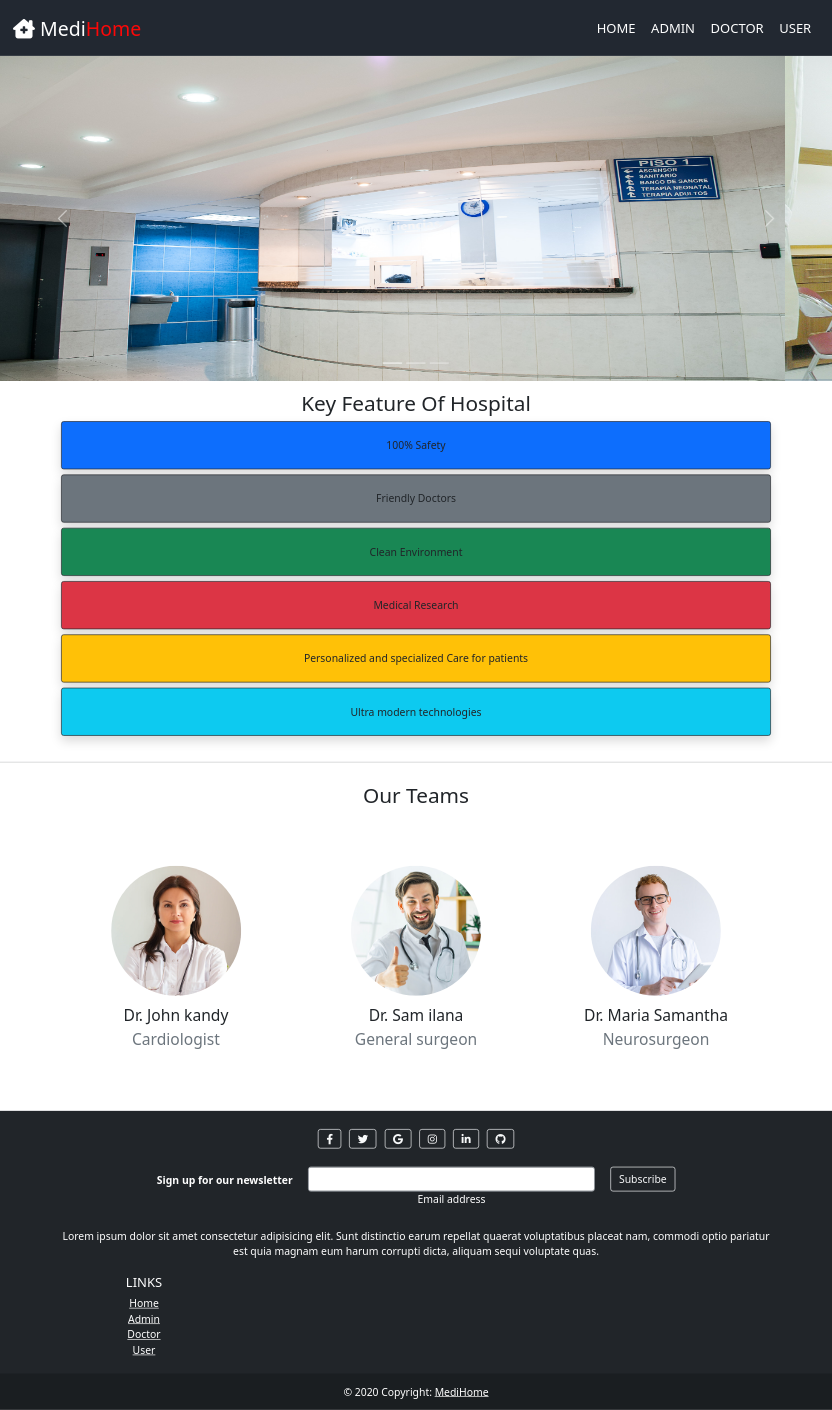
Repository: SparshGarg1/Hospital-Management-System
Page: http://localhost/Hospital/
These files come from the project's save history. The page is drawn as it stood at one moment and after the next save; the edit follows.
The browser window is 1280 px wide. The pictures show the whole page, at 65% of full size.
Pictures or frames that could not be fetched are drawn as grey boxes. Some web libraries are served in a nearby version. The page is served by Tomcat 9. Other server files are loaded and not shown.

Above is the page before, as saved 2022-08-20 05:30:12.

### Hospital/WebContent/index.jsp
<%@ page language="java" contentType="text/html; charset=ISO-8859-1"
    pageEncoding="ISO-8859-1"%>
<!DOCTYPE html PUBLIC "-//W3C//DTD HTML 4.01 Transitional//EN" "http://www.w3.org/TR/html4/loose.dtd">
<html>
<head>
<meta http-equiv="Content-Type" content="text/html; charset=ISO-8859-1">
<link rel="stylesheet" href="style.css">
<title>Insert title here</title>
<%@ include file="component/allcss.jsp" %>
</head>
<body>
<%@ include file="component/navbar.jsp" %>

<div id="carouselExampleIndicators" class="carousel slide" data-bs-ride="carousel">
  <div class="carousel-indicators">
    <button type="button" data-bs-target="#carouselExampleIndicators" data-bs-slide-to="0" class="active" aria-current="true" aria-label="Slide 1"></button>
    <button type="button" data-bs-target="#carouselExampleIndicators" data-bs-slide-to="1" aria-label="Slide 2"></button>
    <button type="button" data-bs-target="#carouselExampleIndicators" data-bs-slide-to="2" aria-label="Slide 3"></button>
  </div>
  <div class="carousel-inner">
    <div class="carousel-item active">
      <img src="img/hos1.jpg" class="d-block w-100" alt="..." height="500px">
    </div>
    <div class="carousel-item">
      <img src="img/hos2.jpg" class="d-block w-100" alt="..." height="500px">
    </div>
    <div class="carousel-item">
      <img src="img/hos3.jpg" class="d-block w-100" alt="..." height="500px">
    </div>
  </div>
  <button class="carousel-control-prev" type="button" data-bs-target="#carouselExampleIndicators" data-bs-slide="prev">
    <span class="carousel-control-prev-icon" aria-hidden="true"></span>
    <span class="visually-hidden">Previous</span>
  </button>
  <button class="carousel-control-next" type="button" data-bs-target="#carouselExampleIndicators" data-bs-slide="next">
    <span class="carousel-control-next-icon" aria-hidden="true"></span>
    <span class="visually-hidden">Next</span>
  </button>
</div>

<div class="container p-3">
<h1 class="text-center fs-2">Key Feature Of Hospital</h1>
<div class="card-columns">
  <div class="card bg-primary p-2 m-2 border-dark shadow rounded">
    <div class="card-body text-center">
      <p class="card-text font-weight-bold">100% Safety</p>
    </div>
  </div>
  <div class="card bg-secondary p-2 m-2 border-dark shadow rounded">
    <div class="card-body text-center">
      <p class="card-text font-weight-bold">Friendly Doctors</p>
    </div>
  </div>
  <div class="card bg-success p-2 m-2 border-dark shadow rounded">
    <div class="card-body text-center">
      <p class="card-text">Clean Environment</p>
    </div>
  </div>
  <div class="card bg-danger p-2 m-2 border-dark shadow rounded">
    <div class="card-body text-center">
      <p class="card-text font-weight-bold">Medical Research</p>
    </div>
  </div>
  <div class="card bg-warning p-2 m-2 border-dark shadow rounded">
    <div class="card-body text-center">
      <p class="card-text font-weight-bold">Personalized and specialized  Care for patients</p>
    </div>
  </div>
  <div class="card bg-info p-2 m-2 border-dark shadow rounded">
    <div class="card-body text-center">
      <p class="card-text font-weight-bold">Ultra modern technologies</p>
    </div>
  </div>
</div>
</div>
<hr>


<div class="container p-3">
<h1 class="text-center fs-2">Our Teams</p>
<div class="py-5 text-center text-info background-info" style="">
<div class="container">
<div class="row">
<div class="col-lg-4 col-md-6 p-4"> <img class="img-fluid d-block mb-3 mx-auto rounded-circle" alt="Card image cap" width="200" src="img/doc-1.jpg">
<h4 class="text-dark">Dr. John kandy</h4>
<h4 class="mb-0 text-secondary">Cardiologist</h4>
</div>
<div class="col-lg-4 col-md-6 p-4"> <img class="img-fluid d-block mb-3 mx-auto rounded-circle" src="img/doc-2.jpg" alt="Card image cap" width="200">
<h4 class="text-dark">Dr. Sam ilana</h4>
<h4 class="mb-0 text-secondary">General surgeon</h4>
</div>
<div class="col-lg-4 p-4"> <img class="img-fluid d-block mb-3 mx-auto rounded-circle" src="img/doc-3.jpg" width="200">
<h4 class="text-dark">Dr. Maria Samantha</h4>
<h4 class="mb-0 text-secondary">Neurosurgeon</h4>
</div>
</div>
</div>
</div>
</div>


<!-- Footer -->
<footer class="bg-dark text-center text-white">
  <!-- Grid container -->
  <div class="container p-4">
    <!-- Section: Social media -->
    <section class="mb-4">
      <!-- Facebook -->
      <a class="btn btn-outline-light btn-floating m-1" href="#!" role="button"
        ><i class="fab fa-facebook-f"></i
      ></a>

      <!-- Twitter -->
      <a class="btn btn-outline-light btn-floating m-1" href="#!" role="button"
        ><i class="fab fa-twitter"></i
      ></a>

      <!-- Google -->
      <a class="btn btn-outline-light btn-floating m-1" href="#!" role="button"
        ><i class="fab fa-google"></i
      ></a>

      <!-- Instagram -->
      <a class="btn btn-outline-light btn-floating m-1" href="#!" role="button"
        ><i class="fab fa-instagram"></i
      ></a>

      <!-- Linkedin -->
      <a class="btn btn-outline-light btn-floating m-1" href="#!" role="button"
        ><i class="fab fa-linkedin-in"></i
      ></a>

      <!-- Github -->
      <a class="btn btn-outline-light btn-floating m-1" href="#!" role="button"
        ><i class="fab fa-github"></i
      ></a>
    </section>
    <!-- Section: Social media -->

    <!-- Section: Form -->
    <section class="">
      <form action="">
        <!--Grid row-->
        <div class="row d-flex justify-content-center">
          <!--Grid column-->
          <div class="col-auto">
            <p class="pt-2">
              <strong>Sign up for our newsletter</strong>
            </p>
          </div>
          <!--Grid column-->

          <!--Grid column-->
          <div class="col-md-5 col-12">
            <!-- Email input -->
            <div class="form-outline form-white mb-4">
              <input type="email" id="form5Example21" class="form-control" />
              <label class="form-label" for="form5Example21">Email address</label>
            </div>
          </div>
          <!--Grid column-->

          <!--Grid column-->
          <div class="col-auto">
            <!-- Submit button -->
            <button type="submit" class="btn btn-outline-light mb-4">
              Subscribe
            </button>
          </div>
          <!--Grid column-->
        </div>
        <!--Grid row-->
      </form>
    </section>
    <!-- Section: Form -->

    <!-- Section: Text -->
    <section class="mb-4">
      <p>
        Lorem ipsum dolor sit amet consectetur adipisicing elit. Sunt distinctio earum
        repellat quaerat voluptatibus placeat nam, commodi optio pariatur est quia magnam
        eum harum corrupti dicta, aliquam sequi voluptate quas.
      </p>
    </section>
    <!-- Section: Text -->

    <!-- Section: Links -->
    <section class="">
      <!--Grid row-->
      <div class="row">
        <!--Grid column-->
        <div class="col-lg-3 col-md-6 mb-4 mb-md-0">
          <h5 class="text-uppercase">Links</h5>

          <ul class="list-unstyled mb-0">
            <li>
              <a href="#!" class="text-white">Home</a>
            </li>
            <li>
              <a href="#!" class="text-white">Admin</a>
            </li>
            <li>
              <a href="#!" class="text-white">Doctor</a>
            </li>
            <li>
              <a href="#!" class="text-white">User</a>
            </li>
          </ul>
        </div>
      </div>
      <!--Grid row-->
    </section>
    <!-- Section: Links -->
  </div>
  <!-- Grid container -->

  <!-- Copyright -->
  <div class="text-center p-3" style="background-color: rgba(0, 0, 0, 0.2);">
    © 2020 Copyright:
    <a class="text-white" href="index.jsp">MediHome</a>
  </div>
  <!-- Copyright -->
</footer>
<!-- Footer -->


</body>
</html>

### Hospital/WebContent/component/allcss.jsp
<link rel="stylesheet" href="https://cdnjs.cloudflare.com/ajax/libs/font-awesome/6.1.2/css/all.min.css" integrity="sha512-1sCRPdkRXhBV2PBLUdRb4tMg1w2YPf37qatUFeS7zlBy7jJI8Lf4VHwWfZZfpXtYSLy85pkm9GaYVYMfw5BC1A==" crossorigin="anonymous" referrerpolicy="no-referrer" />
<link href="https://cdn.jsdelivr.net/npm/bootstrap@5.0.2/dist/css/bootstrap.min.css" rel="stylesheet" integrity="sha384-EVSTQN3/azprG1Anm3QDgpJLIm9Nao0Yz1ztcQTwFspd3yD65VohhpuuCOmLASjC" crossorigin="anonymous">
<script src="https://cdn.jsdelivr.net/npm/bootstrap@5.0.2/dist/js/bootstrap.bundle.min.js" integrity="sha384-MrcW6ZMFYlzcLA8Nl+NtUVF0sA7MsXsP1UyJoMp4YLEuNSfAP+JcXn/tWtIaxVXM" crossorigin="anonymous"></script>

### Hospital/WebContent/component/navbar.jsp
<!-- <nav class="navbar navbar-expand-lg navbar-dark bg-success">
  <div class="container-fluid">
    <a class="navbar-brand" href="index.jsp"><i class="fas fa-clinic-medical"></i> Medi Home</a>
    <button class="navbar-toggler" type="button" data-bs-toggle="collapse" data-bs-target="#navbarSupportedContent" aria-controls="navbarSupportedContent" aria-expanded="false" aria-label="Toggle navigation">
      <span class="navbar-toggler-icon"></span>
    </button>
    <div class="collapse navbar-collapse" id="navbarSupportedContent">
      <ul class="navbar-nav ms-auto mb-2 mb-lg-0">
        <li class="nav-item">
          <a class="nav-link active" aria-current="page" href="admin_login.jsp"><i class="fas fa-sign-in-alt"></i> ADMIN</a>
        </li>
        <li class="nav-item">
          <a class="nav-link active" aria-current="page" href="doctor_login.jsp">DOCTOR</a>
        </li>
        <li class="nav-item">
          <a class="nav-link active" aria-current="page" href="#">APPOINMENT</a>
        </li>
        <li class="nav-item">
          <a class="nav-link active" aria-current="page" href="user_login.jsp">USER</a>
        </li>
        <li class="nav-item dropdown">
          <a class="nav-link dropdown-toggle" href="#" id="navbarDropdown" role="button" data-bs-toggle="dropdown" aria-expanded="false">
            Dropdown
          </a>
          <ul class="dropdown-menu" aria-labelledby="navbarDropdown">
            <li><a class="dropdown-item" href="#">Action</a></li>
            <li><a class="dropdown-item" href="#">Another action</a></li>
            <li><hr class="dropdown-divider"></li>
            <li><a class="dropdown-item" href="#">Something else here</a></li>
          </ul>
        </li>


      </ul>
    </div>
  </div>
</nav> -->
<style>
<!--
.header{

    width: 100%;
    background-image: url("img/banner.jpg");
    background-position: center;
    background-repeat: no-repeat;
    background-size: cover;
    position: relative;
}
nav{
    display: flex;
    justify-content: space-between;
    align-items: center;
    background-color: #222831;
}
.logo{
    margin: 20px;
}
.logo a:hover{
    font-size: 40px;
}
.logo a{
    text-decoration: none;
    font-size: 30px;
    color: white;
}
.logo span{
    color: rgb(251, 8, 8);
    font-size: 30px;
}
.nav-links{
   text-align: right;
}
.nav-links ul{
    display: flex;
    margin: 20px;
}
.nav-links ul li{
    display: flex;
    display: inline-block;
    padding: 8px 12px;
    position: relative;
}
.nav-links ul li a{
    text-decoration: none;
    font-size: 20px;
    color: #fff;
}

.nav-links ul li a:hover{
    background-color: gray;
    color: black;
    padding: 15px;
    border: 3px solid black;
    border-radius: 12px;
    margin: 3px;
}
nav .fa{
    display: none;
}
@media(max-width: 700px){

    .nav-links ul {
        display: flex;
        flex-direction: column;
     }
     .nav-links ul li{
        margin-bottom: 25%;
        margin-top: 25%;
     }
    .nav-links ul li a{
        color: black;
        font-weight: 600;
     }


     .nav-links{
        position: absolute;
        top: 0;
        right: -200px;
        background-color: orange;
        height: 100vh;
        width: 200px;
        z-index: 1;
        text-align: left;
     }
     nav .fa{
         display: block;
         color: #fff;
         margin: 10px;
         font-size: 22px;
     }
     .nav-links ul{
         padding: 30px;
         transition-delay: 2s;
     }
}
/* .text-area{
    border: 2px solid green;
    position: relative;
    margin: auto;
    top: 20vh;
    width: 90%;
}
.text-area h3{
    color: rgb(87, 21, 21);
    font-size: 28px;
}
.text-area h1{
    font-size: 35px;
} */


.h1_tag{

        font-size: 36px;
        font-weight: 600;
        text-align: center;
    }

.h3_tag{

        font-size: 20px;
        text-align: center;
        color: crimson;
    }
-->
</style>
<section class="header" id="header">
      <nav>
        <div class="logo" ><a href="index.html"><i class="fas fa-clinic-medical"></i> Medi<span>Home</span></a></div>
        <div class="nav-links" id="navLinks">
            <i class="fa fa-window-close" aria-hidden="true" onclick="hideMenu()"></i>
            <ul>
                <li><a href="index.jsp">HOME</a></li>
                <li><a href="admin_login.jsp">ADMIN</a></li>
                <li><a href="doctor_login.jsp">DOCTOR</a></li>
                <li><a href="user_login.jsp">USER</a></li>
            </ul>
        </div>
        <i class="fa fa-bars" aria-hidden="true" onclick="showMenu()"></i>
      </nav>
      <!-- <div class="text-area">
        <h3>Hello, my name is</h3>
        <h1>Sparsh Garg</h1>
        <h3>and I'm a Developer</h3>
      </div> -->
    </section>

### Hospital/WebContent/style.css
.doctors .box-container{
    display: grid;
    grid-template-columns: repeat(auto-fit, minmax(30rem, 1fr));
    gap:2rem;
}

.doctors .box-container .box{
    text-align: center;
    background:#fff;
    border-radius: .5rem;
    border:var(--border);
    box-shadow: var(--box-shadow);
    padding:2rem;
}

.doctors .box-container .box img{
    height: 20rem;
    border:var(--border);
    border-radius: .5rem;
    margin-top: 1rem;
    margin-bottom: 1rem;
}

.doctors .box-container .box h3{
    color:var(--black);
    font-size: 2.5rem;
}

.doctors .box-container .box span{
    color:var(--green);
    font-size: 1.5rem;
}

.doctors .box-container .box .share{
    padding-top: 2rem;
}

.doctors .box-container .box .share a{
    height: 5rem;
    width: 5rem;
    line-height: 4.5rem;
    font-size: 2rem;
    color:var(--green);
    border-radius: .5rem;
    border:var(--border);
    margin:.3rem;
}

.doctors .box-container .box .share a:hover{
    background:var(--green);
    color:#fff;
    box-shadow: var(--box-shadow);
}
.heading{
    text-align: center;
    padding-bottom: 2rem;
    text-shadow: var(--text-shadow);
    text-transform: uppercase;
    color:var(--black);
    font-size: 5rem;
    letter-spacing: .4rem;
}

After the next save:
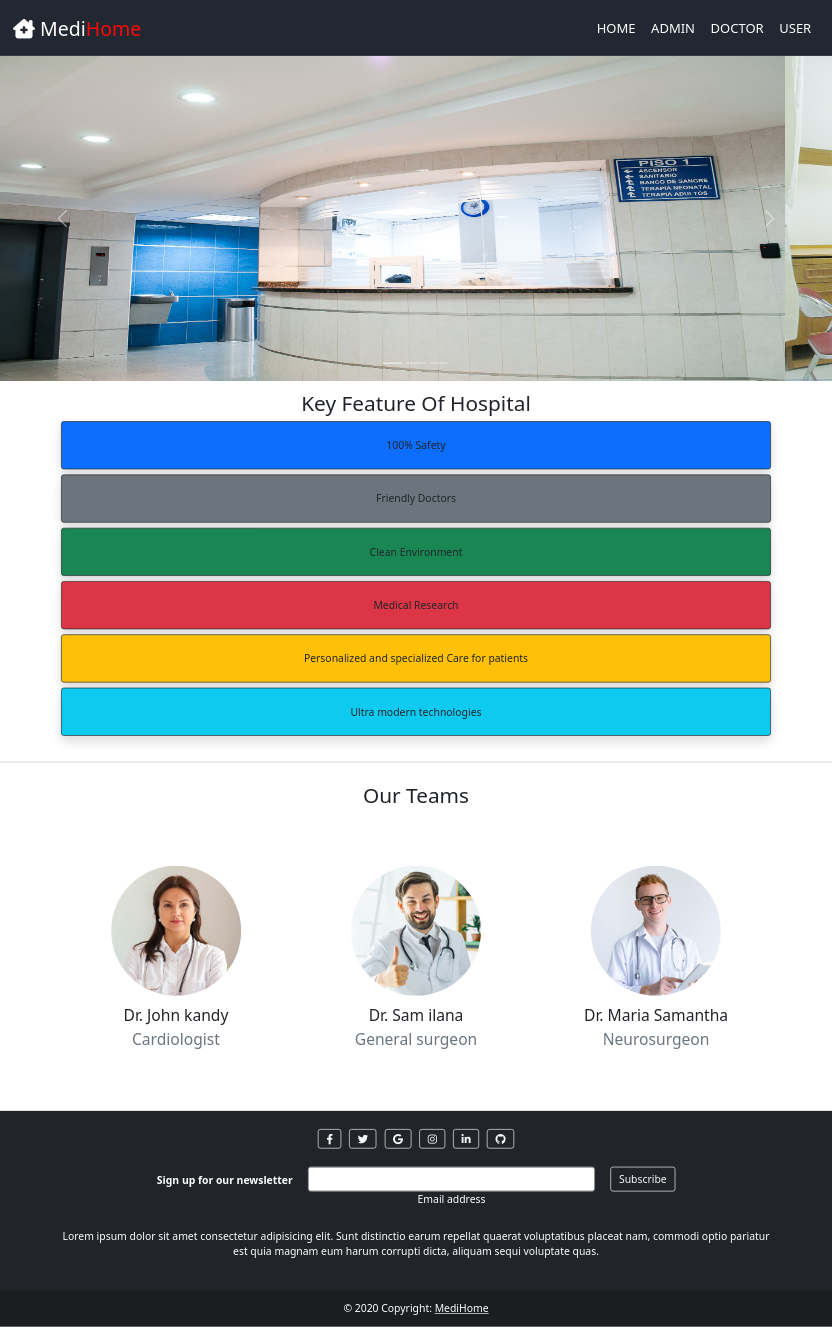
Saved 34 s later.
--- a/Hospital/WebContent/index.jsp
+++ b/Hospital/WebContent/index.jsp
@@ -185,10 +185,10 @@
     <!-- Section: Text -->
 
     <!-- Section: Links -->
-    <section class="">
-      <!--Grid row-->
+   <!--  <section class="">
+      Grid row
       <div class="row">
-        <!--Grid column-->
+        Grid column
         <div class="col-lg-3 col-md-6 mb-4 mb-md-0">
           <h5 class="text-uppercase">Links</h5>
 
@@ -208,8 +208,8 @@
           </ul>
         </div>
       </div>
-      <!--Grid row-->
-    </section>
+      Grid row
+    </section> -->
     <!-- Section: Links -->
   </div>
   <!-- Grid container -->
